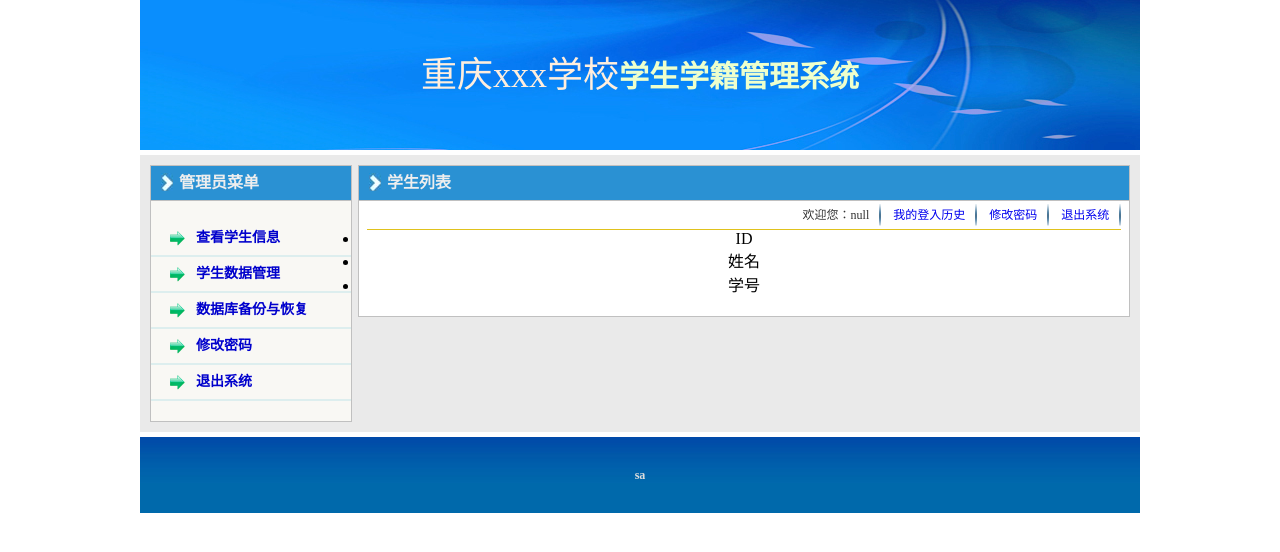
Repository: CityPace/demo
Page: http://localhost/demo/WEB-INF/List.jsp
The author's editor kept a copy of each file at every save. The page is drawn from the files as they stood at one save, then again after the next save.
The browser window is 1280 px wide. The pictures show the whole page.
The page is served by Tomcat 9. Nobody is signed in. Other server files are loaded and not shown. The template is opened directly, without the code that normally fills it, so the values that code supplies are empty.

Above is the page before, as saved 2018-04-25 12:36:24.

### demo/demo/WebContent/WEB-INF/List.jsp
<%@ page language="java" contentType="text/html; charset=utf-8"
    pageEncoding="utf-8"%>
<!DOCTYPE html PUBLIC "-//W3C//DTD HTML 4.01 Transitional//EN" "http://www.w3.org/TR/html4/loose.dtd">
<html>
<head>
<meta http-equiv="Content-Type" content="text/html; charset=utf-8">
<title>Insert title here</title>
<link href="web/css/Login.css" type="text/css" rel = "stylesheet">
</head>
<body>
<%
    String name = request.getParameter("USER_NAME");
    name = name == null ? "" : name;
    if(name==null)
		response.sendRedirect("/demo/Login.jsp");
%>
	<%@include file="includes/header.jsp"%>
	<div id="content">
		<div id="left">
			<h1>管理员菜单</h1>
			<%@include file="includes/menu.jsp"%>
		</div>
		<div id="right">
		<h1>学生列表</h1>
		<%@include file="includes/hmenu.jsp"%>
		<%@include file="includes/centre.jsp"%>
		</div>
		<div class="clearf"></div>
	</div>
	<%@include file="includes/footer.jsp"%>
</body>
</html>

### demo/demo/WebContent/WEB-INF/includes/header.jsp
<%@ page language="java" contentType="text/html; charset=utf-8"
    pageEncoding="utf-8"%>
<!DOCTYPE html PUBLIC "-//W3C//DTD HTML 4.01 Transitional//EN" "http://www.w3.org/TR/html4/loose.dtd">
<html>
<head>
<meta http-equiv="Content-Type" content="text/html; charset=utf-8">
<title>Insert title here</title>
<link rel="stylesheet" type="text/css" href="web/css/login.css">
</head>
<body>
<div id="header">
<p>重庆xxx学校<span>学生学籍管理系统</span></p>
</div>
</body>
</html>

### demo/demo/WebContent/WEB-INF/includes/menu.jsp
<%@ page language="java" contentType="text/html; charset=utf-8"
    pageEncoding="utf-8"%>
<!DOCTYPE html PUBLIC "-//W3C//DTD HTML 4.01 Transitional//EN" "http://www.w3.org/TR/html4/loose.dtd">
<html>
<head>
<meta http-equiv="Content-Type" content="text/html; charset=utf-8">
<title>Insert title here</title>
<link href="web/css/Login.css" type="text/css" rel = "stylesheet">
</head>
<body>
<div id="menu">
<a href="#">查看学生信息</a>
<a href="#">学生数据管理</a>
<a href="#">数据库备份与恢复</a>
<a href="#">修改密码</a>
<a href="#">退出系统</a>
</div>
</body>
</html>

### demo/demo/WebContent/WEB-INF/includes/hmenu.jsp
<%@ page language="java" contentType="text/html; charset=utf-8"
    pageEncoding="utf-8"%>
<!DOCTYPE html PUBLIC "-//W3C//DTD HTML 4.01 Transitional//EN" "http://www.w3.org/TR/html4/loose.dtd">
<html>
<head>
<meta http-equiv="Content-Type" content="text/html; charset=utf-8">
<title>Insert title here</title>
<link href="web/css/Login.css" type="text/css" rel = "stylesheet">
</head>
<body>
<div id="hmenu">
		<ul>
			<li><a href="#">退出系统</a></li>
			<li><a href="#">修改密码</a></li>
			<li><a href="#">我的登入历史</a></li>
			<li>欢迎您：<%=session.getAttribute("USER_NAME")%></li>
		</ul>
	</div>
</body>
</html>

### demo/demo/WebContent/WEB-INF/includes/centre.jsp
<%@ page language="java" contentType="text/html; charset=utf-8"
    pageEncoding="utf-8"%>
<!DOCTYPE html PUBLIC "-//W3C//DTD HTML 4.01 Transitional//EN" "http://www.w3.org/TR/html4/loose.dtd">
<html>
<head>
<meta http-equiv="Content-Type" content="text/html; charset=utf-8">
<title>Insert title here</title>
<link href="web/css/function.css" type="text/css" rel = "stylesheet">
</head>
<body>
<div class="centre">
		<ul>
		<li>ID</li>
		<li>姓名</li>
		<li>学号</li>
		</ul>
</div>

</body>
</html>

### demo/demo/WebContent/WEB-INF/includes/footer.jsp
<%@ page language="java" contentType="text/html; charset=utf-8"
    pageEncoding="utf-8"%>
<!DOCTYPE html PUBLIC "-//W3C//DTD HTML 4.01 Transitional//EN" "http://www.w3.org/TR/html4/loose.dtd">
<html>
<head>
<meta http-equiv="Content-Type" content="text/html; charset=utf-8">
<title>Insert title here</title>
<link rel="stylesheet" type="text/css" href="web/css/login.css">
</head>
<body>
<div id="footer">
<p>sa</p>
</div>
</body>
</html>

### demo/demo/WebContent/web/css/Login.css
/*页面基本样式*/
* {	/*选择页面所有元素*/
	margin: 0px;	/*设置所有元素外边距为0*/
	padding: 0px;	/*设置所有元素内边距为0*/
}
body {	/*设置页面基本样式*/
	background: #fff;	/*设置页面背景颜色为白色*/
	width: 1000px;	/*设置页面宽度为1000px*/
	margin: 0 auto;	/*设置页面居中显示*/
	text-align: center;	/*设置文本对齐方式为居中对齐*/
}
img {	/*图片基本样式*/
	border: none;	/*设置页面中图片无边框*/
}
h1 {	/*选择一级标题元素*/
	height: 34px;	/*设置一级标题高度为34px*/
	line-height: 34px;	/*设置一级标题行高为34px*/
	text-indent: 28px;	/*设置一级标题缩进28px*/
	font-size: 16px;	/*设置一级标题字体大小为16px*/
	font-family: "微软雅黑";	/*设置一级标题字体为微软雅黑*/
	font-weight: bold;	/*设置一级标题加粗显示*/
	text-align: left;	/*设置一级标题文本居中方式为靠左对齐*/
	color: #EEE;	/*设置一级标题字体颜色*/
	background: #2a91d3 url(../images/arrow.jpg) no-repeat 10px 7px;	/*设置一级标题背景*/
	border-bottom: 1px solid #C0C0C0;	/*设置一级标题底部边框线*/
}

/*页面整体布局*/
#header {	/*页面头部分div*/
	width: 1000px;	/*设置页面头部宽度为1000px*/
	height: 150px;	/*设置页面头部高度为150px*/
	background: url(../images/header.jpg) no-repeat;	/*设置页面头部背景图片*/
}
#header p {	/*页面头部分中段落*/
	font-family: "微软雅黑";	/*设置一页面头部段落文本字体*/
	font-size: 36px;	/*设置页面头部段落文本字体大小为36px*/
	height: 150px;	/*设置页面头部段落高度为150px*/
	line-height: 150px;	/*设置页面头部段落行高为150px*/
	text-align: center;	/*设置一页面头部段落文本居中方式为居中对齐*/
	color: #FED;	/*设置一页面头部段落文本颜色*/
}
#header p span {	/*页面头部分中段落中内联元素*/
	color: #EFC;	/*设置颜色*/
	font-size: 30px;	/*设置字体大小为30px*/
	font-weight: bold;	/*设置字体加粗*/
}
#content {	/*页面主体部分div*/
	width: 1000px;	/*设置页面主体部分宽度为1000px*/
	margin: 5px auto;	/*设置页面主体部分上下外边距为5px，左右自动*/
	background: #EAEAEA;	/*设置页面主体部分背景颜色*/
}
#left {	/*页面主体部分左侧div*/
	margin: 10px 3px 10px 10px;	/*设置页面左侧div外边距*/
	width: 200px;	/*设置页面左侧div宽度为200px*/
	float: left;	/*设置页面左侧div向左浮动*/
	background: #F9F8F4;	/*设置页面左侧div背景颜色*/
	border: 1px solid #C0C0C0;	/*设置页面左侧div的边框*/
}
#right {	/*页面主体部分右侧div*/
	margin: 10px 10px 10px 3px;	/*设置页面右侧div外边距*/
	padding-bottom: 20px;	/*设置页面右侧div内边距*/
	width: 770px;	/*设置页面右侧div的宽度为770px*/
	background: #FFF;	/*设置页面右侧div背景颜色*/
	float: right;	/*设置页面右侧div向右浮动*/
	border: 1px solid #c0c0c0;	/*设置页面右侧div的边框*/
}
.clearf{	/*清除浮动div*/
	clear: both;	/*清除页面主体部分左右两列div浮动产生的影响*/
}
#footer {	/*页面底部*/
	width: 1000px;	/*设置页面底部的宽度为1000px*/
	height: 76px;	/*设置页面底部的高度为76px*/
	background: url(../images/footer.jpg);	/*设置页面底部的背景图片*/
}
#footer p {	/*页面底部段落*/
	height: 76px;	/*设置页面底部段落高度为76px*/
	line-height: 76px;	/*设置页面底部段落行高为76px*/
	text-align: center;	/*设置页面底部段落文本对齐方式为居中对齐*/
	font-family: "微软雅黑";	/*设置页面底部段落字体*/
	font-size: 12px;	/*设置页面底部段落字体大小为12px*/
	font-weight: bold;	/*设置页面底部段落字体加粗显示*/
	color: #DDD;	/*设置页面底部段落字体颜色*/
}
/*左侧菜单项样式*/
#menu {	/*左侧功能菜单div*/
	margin:20px auto;	/*设置左侧功能菜单div的外边距*/
}
#menu a {	/*左侧功能菜单超链接*/
	display:block;	/*将超链接转换为区块*/
	height: 34px;	/*设置超链接区块高度为34px*/
	line-height: 34px;	/*设置超链接区块行高为34px*/
	text-indent: 45px;	/*设置超链接文本缩进45px*/
	text-align: left;	/*设置页面底部段落文本对齐方式为左对齐*/
	font-family: "微软雅黑";	/*设置超链接文本字体*/
	font-size:14px;	/*设置超链接文本字体大小为14px*/
	font-weight:bold;	/*设置超链接文本字体加粗*/
	color:#00C;	/*设置超链接文本颜色*/
	text-decoration:none;	/*设置超链接无下划线*/
	border-bottom:2px solid #dee;	/*设置超链接底部边框*/
	background:url(../images/smallarrow.png) no-repeat 10% 50%;	/*设置超链接背景图片*/
}
#menu a.checked,#menu a:hover {	/*当前选中的超链接菜单或者鼠标经过的超链接菜单*/
	color: #EEE;	/*设置超链接文本颜色*/
	background:  #046DF7 url(../images/smallarrow_hover.png) no-repeat 10% 50%;	/*设置超链接背景图片*/
	border: 1px solid #f91;	/*设置超链接文本边框*/
}

/*快捷菜单样式*/
#hmenu {	/*右侧快捷菜单div*/
	width: 98%;	/*设置右侧快捷菜单div宽度为父层div宽度的98%*/
	margin: 0 auto;	/*设置右侧快捷菜单div居中显示*/
	height: 28px;	/*设置右侧快捷菜单div高度为28px*/
	line-height: 28px;	/*设置右侧快捷菜单div行高为28px*/
	border-bottom: 1px solid #E0C21D;	/*设置右侧快捷菜单div的底部边框*/
}
#hmenu ul {	/*右侧快捷菜单div中的ul列表*/
	list-style-type: none;	/*设置ul列表无项目符号*/
	font-size: 12px;	/*设置ul列表中字体大小为12px*/
}
#hmenu ul li 	{	/*ul列表中的列表项*/
	float: right;	/*设置列表项向右浮动*/
	padding: 0px 12px;	/*设置列表项上下内边距为0px，左右内边距为12px*/
	color: #333;	/*设置列表项文本颜色*/
	background: url(../images/fgx.png) no-repeat right center;	/*设置列表项间背景分割线*/
}
#hmenu li a {	/*列表项中的超链接*/
	text-decoration: none;	/*设置超链接无下划线*/
}
#hmenu li a:hover {	/*鼠标经过超链接*/
	color: #F4A;	/*设置超链接颜色*/
}



/*操作说明样式*/
.operation {	/*操作说明div*/
	width: 98%;	/*设置div宽度为父层容器的98%*/
	text-align: left;	/*设置div文本对齐方式为左对齐*/
	margin: 0 auto;	/*设置div上下外边距为0px，并居中显示*/
	padding: 8px 0px;	/*设置div上下内边距为10px*/
	border-bottom: 1px solid #B1648A;	/*设置div的底部边框线*/
	font-size: 12px;	/*设置div中文本字体大小为12px*/
	font-weight: bold;	/*设置div中文本字体加粗*/
	color:#42F;	/*设置div中文本颜色*/
}
.operation span.mess {	/*操作提示信息*/
	color: red;	/*设置操作提示信息为红色*/
}

/*操作表单和信息显示样式*/
.ft {	/*操作表单或说明信息div*/
	width: 98%;	/*设置div宽度为父层容器的98%*/
	text-align: left;	/*设置div文本对齐方式为左对齐*/
	margin: 0px auto;	/*设置div上下外边距为0px，并居中显示*/
	padding: 8px 0;	/*设置div上下内边距为10px*/
	border-bottom: 1px solid #B1648A;	/*设置div的底部边框线*/
	font-size: 12px;	/*设置div中文本字体大小为12px*/
}

.ft fieldset {	/*表单分组域*/
	margin: 5px 0px;	/*设置表单分组域上下外边距为5px*/
	padding: 5px 0px;	/*设置表单分组域上下内边距为5px*/
	background: #F9F8F4;	/*设置表单分组域背景颜色*/
	font-weight: bold;	/*设置文本字体加粗*/

}

.ft table td {	/*表单中表格单元格*/
	font-size: 12px;	/*设置单元格文本字体大小为12px*/
	padding: 3px 5px;	/*设置单元格上下内边距为3px，左右内边距为5px*/
	color: #333;	/*设置单元格文本颜色*/
	line-height: 200%;	/*设置单元格文本行高为两倍行距*/
	text-align: justify;	/*设置单元格文本对齐方式为两端对齐*/
}
.ft table td.label {	/*标签类单元格*/
	text-align: right;	/*设置标签类单元格的文本对齐方式为右对齐*/
}
.ft table td.hint {	/*提示信息类单元格*/
	color: #F04A00;	/*设置提示信息类单元格的文本颜色*/
}
.ft input.text,.ft select {	/*输入文本框和下拉选择框*/
	font-size: 12px;	/*设置文本字体大小为12px*/
	color: #333;	/*设置文本字体颜色*/
}
.ft input.long {	/*较长输入文本框*/
	width: 400px;	/*设置文本框宽度为400px*/
}
.ft input.button {	/*按钮*/
	border: none;	/*设置按钮无边框*/
	height: 20px;	/*设置按钮高度为20px*/
	line-height: 20px;	/*设置按钮行高为20px*/
	width: 100px;	/*设置按钮行宽度为100px*/
	background: url(../images/bt02.gif) no-repeat center center;	/*设置按钮的背景图片*/
	color: #242;	/*设置按钮上的文本颜色*/
	font-weight: bold;	/*设置按钮上的文本字体加粗*/
}
.ft input.button:hover {	/*鼠标经过按钮*/
	cursor: pointer;	/*设置鼠标变为手型*/
	color: #262;	/*设置按钮上的文本颜色*/
}
.ft textarea {	/*文本域*/
	font-size: 12px;	/*设置文本域中字体大小为12px*/
	color: #333;	/*设置文本域中字体颜色*/
}

/*数据表格样式*/
.dt {	/*数据表格类*/
	margin: 5px auto;	/*设置表格上下外边距为5px，表格居中显示*/
	width: 98%;	/*设置表格宽度为父层容器的98%*/
	background: #CCC;	/*设置表格背景颜色*/
}
.dt tr th, .dt tr td {	/*数据表格中标题单元格和单元格*/
	background: #FFF;	/*设置单元格背景颜色*/
	font-size: 12px;	/*设置单元格字体大小*/
	color: #333;	/*设置单元格字体颜色*/
	height: 22px;	/*设置单元格高度为22px*/
	line-height: 22px;	/*设置单元格行高为22px*/
	text-align: center;	/*设置单元格文本对齐方式为居中对齐*/
}
.dt tr th {	/*标题单元格*/
	color: #4A71BE;	/*设置标题单元格字体颜色*/
	background: url(../images/th_bg.png) repeat-x center center;	/*设置标题单元格背景图片*/
}
.dt tr td:hover {	/*鼠标经过单元格*/
	background: #E8EEF7;	/*设置鼠标经过单元格时的背景颜色*/
}
/*数据表格分页导航样式*/
.pagenav {	/*数据表格分页导航div*/
	font-family: "微软雅黑";	/*设置字体*/
	font-size: 12px;	/*设置字体大小为12px*/
	font-weight: bold;	/*设置字体加粗*/
	color: #E63;	/*设置字体颜色*/
	width: 98%;	/*设置导航div宽度为父层容器的98%*/
	margin: 10px auto;	/*设置导航div上下外边距为10px，并居中显示*/
	text-align: right;	/*设置单元格文本对齐方式为右对齐*/
}
.pagenav a:hover {	/*鼠标经过超链接*/
	color: #F711EA;	/*设置超链接颜色*/
}
.pagenav select {	/*导航中的下拉列表*/
	font-weight: bold;	/*设置字体加粗*/
	font-size: 11px;	/*设置字体大小为11px*/
	color: #558;	/*设置字体颜色*/
}
.pagenav select option {	/*导航中的下拉列表中的列表项*/
	background: #F9F8F4;	/*设置列表项背景颜色*/
}
.content-bbg{
/*width:844px;*/
width:770px;
height:26px;
margin:0px auto;
padding:0px;
overflow:hidden;
float:right;
background:url(../images/content_bbg.jpg) no-repeat;
}

### demo/demo/WebContent/web/css/function.css
@CHARSET "UTF-8";
#centre {	/*右侧快捷菜单div*/
	width: 98%;	/*设置右侧快捷菜单div宽度为父层div宽度的98%*/
	margin: 0 auto;	/*设置右侧快捷菜单div居中显示*/
	height: 28px;	/*设置右侧快捷菜单div高度为28px*/
	line-height: 28px;	/*设置右侧快捷菜单div行高为28px*/
	border-bottom: 1px solid #E0C21D;	/*设置右侧快捷菜单div的底部边框*/
}

After the next save:
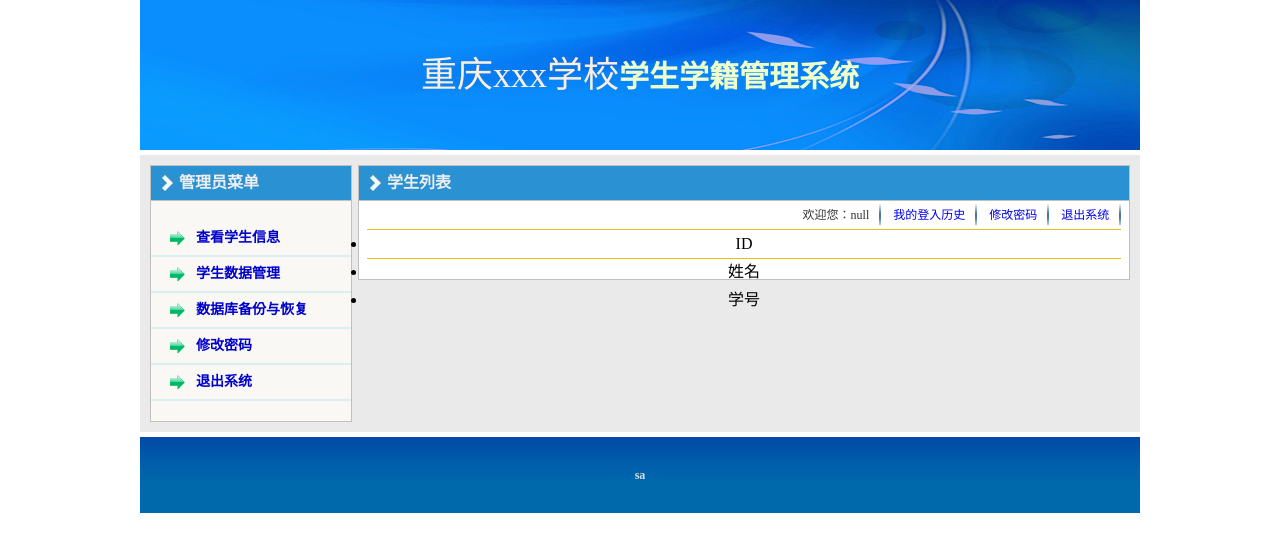
Saved 30 s later.
--- a/demo/demo/WebContent/WEB-INF/includes/centre.jsp
+++ b/demo/demo/WebContent/WEB-INF/includes/centre.jsp
@@ -8,7 +8,7 @@
 <link href="web/css/function.css" type="text/css" rel = "stylesheet">
 </head>
 <body>
-<div class="centre">
+<div id="centre">
 		<ul>
 		<li>ID</li>
 		<li>姓名</li>
